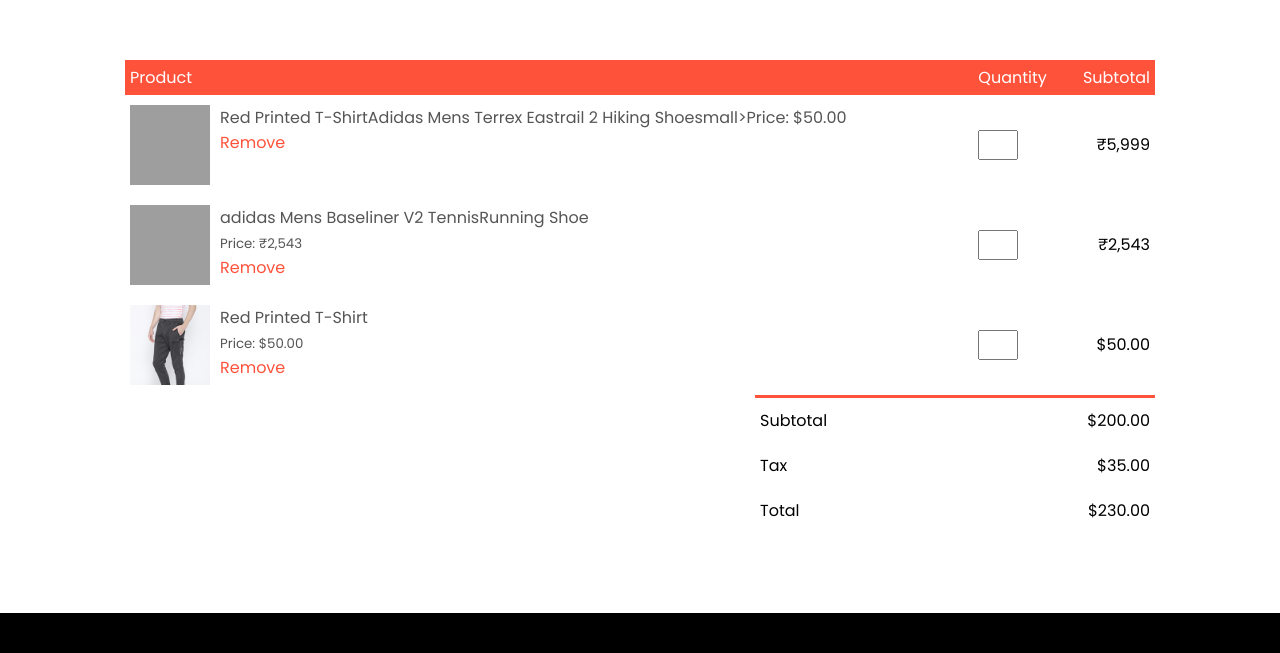
Repository: Barnabasbag/shoe_store-main
Page: cart.html
An editor plug-in stored every save of this project. The page is shown before and after a run of saves, followed by the edit.
The browser window is 1280 px wide. The pictures show the part of the page from y = 161 to 814 px (the page is 1139 px tall).
Pictures or frames that could not be fetched are drawn as grey boxes. A picture or video elsewhere on the page could not be fetched, so the positions and the page height are approximate.

Above is the page before, as saved 2024-04-15 22:51:44.

### cart.html
<!DOCTYPE html>
<html>

    <head>
        <meta charset="utf-8">
        <meta name="viewport" content="width-device-width, initial-scale=1.0">
        <title>All Products - Redstore</title>
        <link rel="stylesheet" href="style.css">
        <link rel="preconnect" href="https://fonts.gstatic.com">
        <link href="https://fonts.googleapis.com/css2?family=Poppins:wght@200;300;400;500;600;700&display=swap" rel="stylesheet">
        <!--added a cdn link by searching font awesome4 cdn and getting this link from https://www.bootstrapcdn.com/fontawesome/ this url*/-->
        <link rel="stylesheet" href="https://stackpath.bootstrapcdn.com/font-awesome/4.7.0/css/font-awesome.min.css">

    </head>
    <body>
        <!--<div class ="header">-->
        <div class="container">
            <div class="navbar">
                <div class="logo">
                    <a href="index.html"><img src="images/logo.png" width="125px"></a>
                </div>
                <nav>
                    <ul id="MenuItems">
                        <li><a href="index.html">Home</a></li>
                         <li><a href="products.html">Products</a></li>
                         <li><a href="">About</a></li>
                         <li><a href="">Contact</a></li>
                         <li><a href="account.html">Account</a></li>

                    </ul>
                </nav>
                <a href="cart.html"><img src="images/cart.png" width="30px" height="30px"></a>
                <img src="images/menu.png" class="menu-icon" onClick="menutoggle()" >
            </div>

        </div>
    <!--</div>-->


        <!------------------------------ cart items details------------------------------>

        <div class="small-container cart-page">
        <table>
            <tr>
                <th>Product</th>
                <th>Quantity</th>
                <th>Subtotal</th>
            </tr>
            <tr>
                <td>
                    <div class="cart-info">
                        <img src="C:\Users\LENOVO\Downloads\shoe_store-main\shoe_store-main\images\61xV7vz+nRL._SY695_.jpg">
                        <div>
                            <p>Red Printed T-ShirtAdidas Mens Terrex Eastrail 2 Hiking Shoesmall>Price: $50.00</small><br>
                            <a href="">Remove</a>
                        </div>
                    </div>
                </td>
                <td><input type="number" vlaue="1"></td>
                <td> ₹5,999</td>
            </tr>
            <tr>
                <td>
                    <div class="cart-info">
                        <img src="C:\Users\LENOVO\Downloads\shoe_store-main\shoe_store-main\images\71HYWm4ENqL._SY695_.jpg">
                        <div>
                            <p>adidas Mens Baseliner V2 TennisRunning Shoe</p>
                            <small>Price: ₹2,543</small><br>
                            <a href="">Remove</a>
                        </div>
                    </div>
                </td>
                <td><input type="number" vlaue="1"></td>
                <td> ₹2,543</td>
            </tr>
            <tr>
                <td>
                    <div class="cart-info">
                        <img src="images/buy-3.jpg">
                        <div>
                            <p>Red Printed T-Shirt</p>
                            <small>Price: $50.00</small><br>
                            <a href="">Remove</a>
                        </div>
                    </div>
                </td>
                <td><input type="number" vlaue="1"></td>
                <td>$50.00</td>
            </tr>
            </table>

            <div class="total-price">
                <table>
                    <tr>
                        <td>Subtotal</td>
                        <td>$200.00</td>
                    </tr>
                    <tr>
                        <td>Tax</td>
                        <td>$35.00</td>
                    </tr>
                    <tr>
                        <td>Total</td>
                        <td>$230.00</td>
                    </tr>
                </table>
            </div>
        </div>



        <!----------------------------------footer------------------------------------->
        <div class ="footer">
        <div class="container">

            <div class="row">
                <div class="footer-col-1">
                    <h3>Download Our App</h3>
                    <p>Download App for Android and ios mobile phone.</p>
                    <div class="app-logo">
                        <img src="images/play-store.png" alt="">
                        <img src="images/app-store.png" alt="">
                    </div>
                </div>
                <div class="footer-col-2">
                    <img src="images/logo-white.png">
                    <p>Our Purpose Is To Sustainably Make the Pleasure and Benefits of Sports Accessible to the Many.</p>
                </div>
                <div class="footer-col-3">
                    <h3>Useful Links</h3>
                   <ul>
                       <li>Coupons</li>
                       <li>Blog Post</li>
                       <li>Return Policy</li>
                       <li>Join Affiliate</li>
                    </ul>
                </div>
                <div class="footer-col-4">
                    <h3>Follow us</h3>
                   <ul>
                       <li>Facebook</li>
                       <li>Twitter</li>
                       <li>Instagram</li>
                       <li>Youtube</li>
                    </ul>
                </div>

            </div>

            <hr><!--horizontal line-->
            <p class="copyright">Copyright 2021 - Apurba Kr. Pramanik</p>

        </div>
    </div>


        <!-----------------------------------js for toggle menu-------------------------------------->
        <script>
            var menuItems=document.getElementById("MenuItems");

            MenuItems.style.maxHeight="0px";
            function menutoggle(){
                if(MenuItems.style.maxHeight == "0px"){
                    MenuItems.style.maxHeight="200px";
                }
                else{
                    MenuItems.style.maxHeight="0px";
                }
            }
        </script>

    </body>
</html>

### style.css
*{
    margin: 0;
    padding: 0;
    box-sizing: border-box;
}
body{
    font-family: 'Poppins', sans-serif;
}
/*nav maenu on the left as a unordered list*/
.navbar{
    display:flex;
    align-items: center;
    padding:20px;
}
/*nav maenu on the right as a unordered list*/
nav{
    flex: 1;
    text-align: right;
}
/*nav maenu on the right as a list but without bullet*/
nav ul{
    display: inline-block;
    list-style-type: none;
}
/*nav maenu on the right as a vertically list with 50px gapping with each with underline*/
nav ul li{
    display: inline-block;
    margin-right: 50px;
}
/*nav maenu on the right as a vertically list with 50px gapping with each without underline*/
a{
    text-decoration: none;
    color: #555;
}
p{
    color: #555;
}
.container{
    max-width: 1300px;
    margin: auto;
    padding-left: 25px;
    padding-right: 25px;
}
.row{
    display: flex;
    align-items: center;
    flex-wrap: wrap;
    justify-content: space-around;
}

.col-2{
    flex-basis: 50%;
    min-width: 300px;
}
.col-2 img{
    max-width: 100%;
    padding: 50px 0;
}

.col-2 h1{
    font-size: 50px;
    line-height: 60px;
    margin: 25px 0;
}

.btn{
    display: inline-block;
    background: #ff523b;
    color: #fff;
    padding:8px 30px;
    margin: 30px 0px;
    border-radius: 30px;
    transition:background 0.5s;
}
.btn:hover{
    background: #563434;
}
.header{
    background: radial-gradient(#fff, #ffd6d6);
}
.header .row{
    margin-top: 70px;
}

.categories{
    margin: 70px 0;
}
.col-3{
    flex-basis: 30%;
    min-width: 250px;
    margin-bottom: 30px;
}

.col-3 img{
   width: 100%;
}

.small-container{
    max-width: 1080px;
    margin: auto;
    padding-left: 25px;
    padding-right: 25px;
}
.col-4{
    flex-basis: 25%;
    padding: 10px;
    min-width: 200px;
    margin-bottom: 50px;
    transition: transform 0.5s;
}
.col-4 img{
    width:100%;
}
.title{
    text-align: center;
    margin: 0 auto 80px;
    position: relative;
    line-height: 60px;
    color: #555;
}
.title::after{
    content: '';
    background: #ff523b;
    width: 80px;
    height: 5px;
    border-radius: 5px;
    position: absolute;
    bottom: 0;
    left: 50%;
    transform: translateX(-50%);
}
h4{
    color: #555;
    font-weight: normal;
}
.col-4 p{
    font-size: 14px;
}
.rating .fa{
    color: #ff523b;
}
.col-4:hover{
    transform:translateY(-5px);
}

/*-----------------------offer -----------------------*/
.offer{
    background: radial-gradient(#fff, #ffd6d6);
    margin-top: 80px;
    padding: 30px 0;
}

.col-2 .offer-img{
    padding: 50px;
}
small{
    color:#555;
}

/*-----------------------Testimonial -----------------------*/
.testimonial{
    padding-top: 100px;
}
.testimonial .col-3{
    text-align: center;
    padding: 40px 20px;
    box-shadow: 0 0 20px 0px rgba(0,0,0,0.1);
    cursor: pointer;
    transition: transform 0.5s;
}
.testimonial .col-3 img{
    width:50px;
    margin-top: 20px;
    border-radius: 50%;/*square images converted to round shape box*/
}
.testimonial .col-3:hover{
    transform: translateY(-10px);
}
.fa.fa-quote-left{
    font-size: 34px;
    color: #ff523b;
}
.col-3 p{
    font-size: 12px;
    margin: 12px 0;
    color: #777;
}
.testimonial .col-3 h3{
    font-weight: 600;
    color: #555;
    font-size: 16px;
}

/*-----------------------Brands -----------------------*/
.brands{
    margin: 100px auto;
}
.col-5{
    width: 100px;
}
.col-5 img{
    width: 100%;
    cursor: pointer;
    filter: grayscale(100%);
}
.col-5 img:hover{
    filter: grayscale(0);
}

/*-----------------------Footer -----------------------*/
.footer{
    background:#000; /*black;*/
    color: #8a8a8a;
    font-size: 14px;
    padding:60px 0 20px;
}

.footer p{
    color: #8a8a8a;
}

.footer h3{
    color:#fff;
    margin-bottom: 20px;
}
.footer-col-1, .footer-col-2,.footer-col-3,.footer-col-4{
    min-width: 250px;
    margin-bottom: 20px;
}
.footer-col-1{
    flex-basis: 30%;
}
.footer-col-2{
    flex: 1;
    text-align: center;
}
.footer-col-2 img{
    width: 180px;
    margin-bottom: 20px;
}
.footer-col-3,.footer-col-4{
    flex-basis: 12%;
    text-align: center;
}
ul{
    list-style-type: none;
}
.app-logo{
    margin-top: 20px;
}
.app-logo img{
    width: 140px;
}

.footer hr{
    border: none;
    background: #b5b5b5;
    height: 1px;
    margin: 20px 0;
}
.copyright{
    text-align: center;
}



.menu-icon{
    width: 28px;
    margin-left: 20px;
    display:none;
}

/*-----------------------media query for menu -----------------------*/
@media only screen and (max-width:800px){
    nav ul{
        position: absolute;
        top:70px;
        left: 0;
        background: #333;
        width: 100%;
        overflow: hidden;
        transition: max-height 0.5s;

    }
    nav ul li{
        display: block;
        margin-right: 50px;
        margin-top: 10px;
        margin-bottom: 10px;
    }
    nav ul li a{
        color: #fff;
    }
    .menu-icon{
        display:block;
        cursor: pointer;
    }
}

/*-----------------------media query for less than 600 screen size(mobile device) -----------------------*/
@media only screen and (max-width:600px){
    .row{
        text-align: center;
    }
    .col-2 .col-3 .col-4{
        flex-basis: 100%;
    }
    .single-product .row{
        text-align: left;
    }
    .single-product .col-2{
        padding: 20px 0;
    }
    .single-product h1{
        font-size: 20px;
        line-height: 32px;
    }
    .cart-info p{
        display: none;
    }


}

/*--------------------all products-----------------------------------------------*/
.row-2{
    justify-content: space-between;
    margin:100px auto 50px;
}
select{
    border:1px solid #ff523b;
    padding: 5px;
}
select:focus{
    outline: none;
}

.page-btn{
    margin: 0 auto 80px;
}
.page-btn span{
    display: inline-block;
    border:1px solid #ff523b;
    margin-left: 10px;
    width: 40px;
    height: 40px;
    text-align: center;
    line-height: 40px;
    cursor: pointer;
}
.page-btn span:hover{
    background: #ff523b;
    color: #fff;
}


/*-----------------------single product details -----------------------*/

.single-product{
    margin-top: 80px;
}
.single-product .col-2 img{
    padding:0;
}
.single-product .col-2{
    padding:20px;
}
.single-product h4{
    margin: 20px 0;
    font-size: 22px;
    font-weight: bold;
}
.single-product select{
    display: block;
    padding: 10px;
    margin-top: 20px;
}
.single-product input{
    width: 50px;
    height: 40px;
    padding-left: 10px;
    font-size: 20px;
    margin-right: 10px;
    border: apx solid #ff523b;
}
input:focus{
    outline: none;
}
.single-product .fa{
    color:#ff523b;
    margin-left: 10px;
}
.small-img-row{
   display:flex;
    justify-content: space-between;
}
.small-img-col{
    flex-basis: 24%;
    cursor: pointer;
}




        /*------------------------------ cart items ------------------------------*/
.cart-page{
    margin: 80px auto;
}

table{
    width: 100%;
    border-collapse: collapse;
}

.cart-info{
    display:flex;
    flex-wrap: wrap;
}
th{
    text-align: left;
    padding: 5px;
    color: #fff;
    background: #ff523b;
    font-weight: normal;
}
td{
    padding: 10px 5px;
}

td input{
    width: 40px;
    height: 30px;
    padding: 5px;
}
td a{
    color: #ff523b;
}
td img{
    width: 80px;
    height: 80px;
    margin-right: 10px;
}
.total-price{
    display: flex;
    justify-content: flex-end;
}
.total-price table{
    border-top: 3px solid #ff523b;
    width: 100%;
    max-width: 400px;
}
td:last-child{
    text-align: right;
}
th:last-child{
    text-align: right;
}


        /*------------------------------ account-page ------------------------------*/
.account-page{
    padding: 50px 0;
    background: radial-gradient(#fff, #ffd6d6);
}
.form-container{
    background: #fff;
    width:300px;
    height: 400px;
    position: relative;
    text-align: center;
    padding: 20px 0;
    margin: auto;
    box-shadow: 0 0 20px 0px rgba(0,0,0,0.1);
    overflow: hidden;
}

.form-container span{
    font-weight: bold;
    padding: 0 10px;
    color: #555;
    cursor: pointer;
    width: 100px;
    display: inline-block;
}

.form-btn{
    display:inline-block;
}
.form-container form{
    max-width: 300px;
    padding: 0 20px;
    position: absolute;
    top: 130px;
    transition: transform 1s;
}

form input{
    width: 100%;
    height: 30px;
    margin: 10px 0;
    padding: 0 10px;
    border: 1px solid #ccc;
}

form .btn{
    width: 100%;
    border:none;
    cursor:pointer;
    margin:10px 0;
}
form .btn:focus{
    outline: none;
}

#LoginForm{
    left: -300px;
}
#RegForm{
    left: 0;
}
form a{
    font-size: 12px;
}

#Indicator{
    width: 100px;
    border: none;
    background: #ff523b;
    height: 3px;
    margin-top: 8px;
    transform: translateX(100px);
    transition: transform 1s;

}

After the next 3 saves:
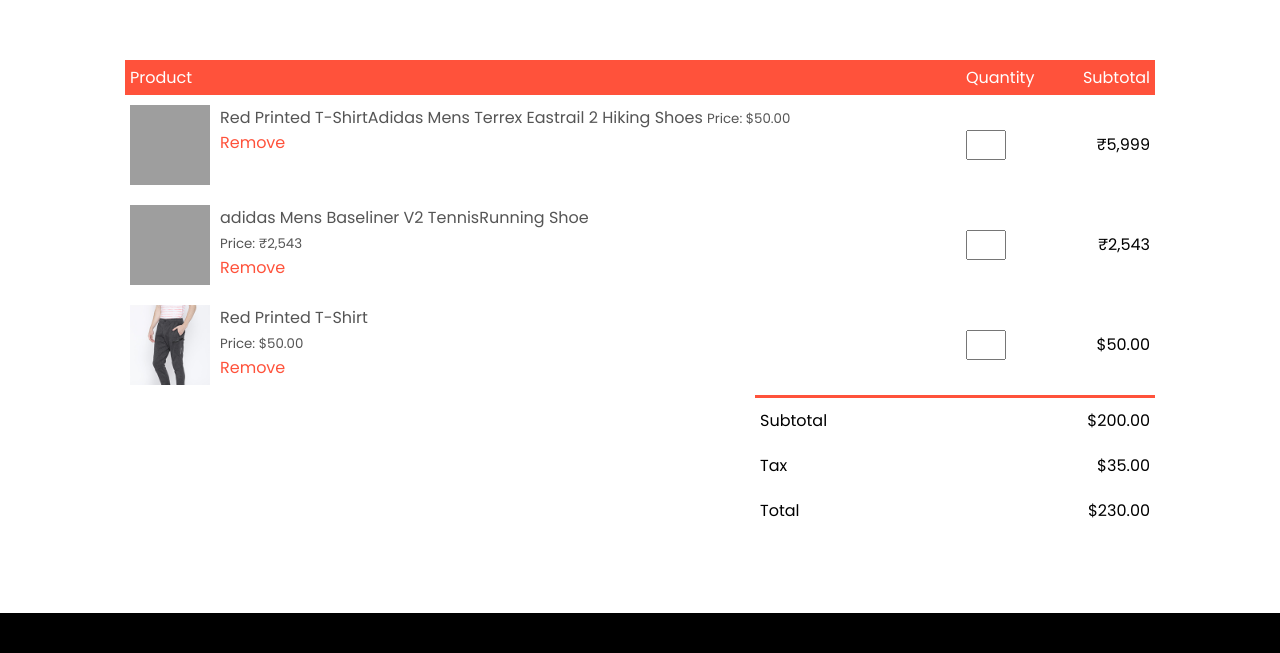
The 3 saves are shown as one change because they came seconds apart.
The last was saved 10 s later.
--- a/cart.html
+++ b/cart.html
@@ -51,7 +51,8 @@
                     <div class="cart-info">
                         <img src="C:\Users\LENOVO\Downloads\shoe_store-main\shoe_store-main\images\61xV7vz+nRL._SY695_.jpg">
                         <div>
-                            <p>Red Printed T-ShirtAdidas Mens Terrex Eastrail 2 Hiking Shoesmall>Price: $50.00</small><br>
+                            <p>Red Printed T-ShirtAdidas Mens Terrex Eastrail 2 Hiking Shoes
+                                <small>Price: $50.00</small><br>
                             <a href="">Remove</a>
                         </div>
                     </div>
